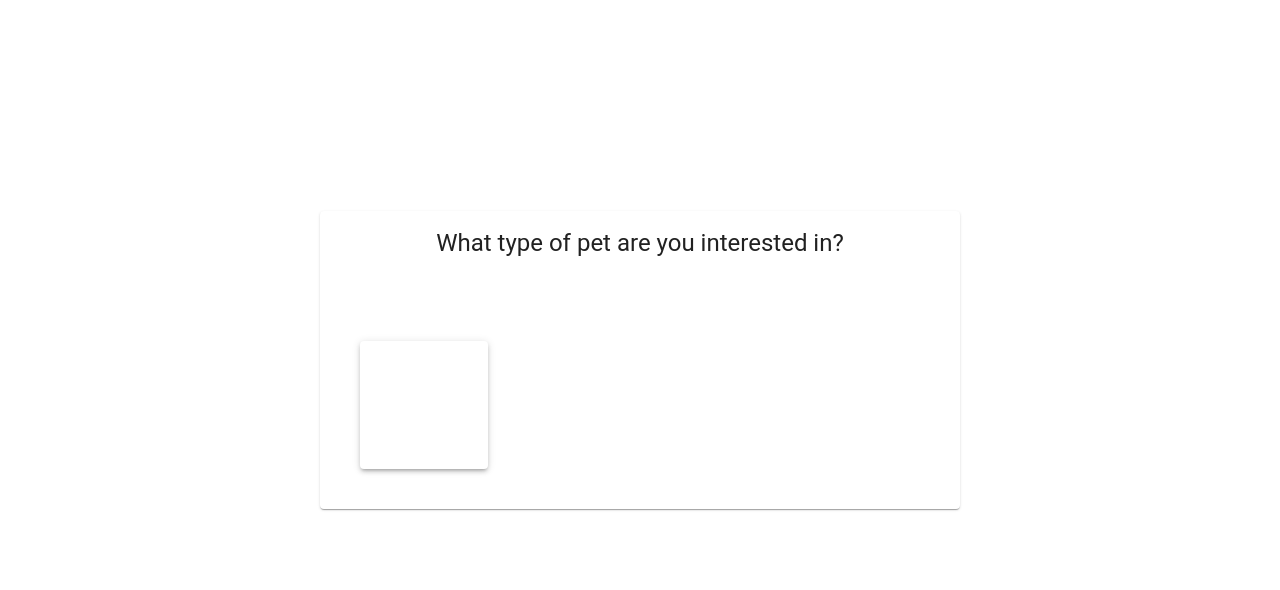
Repository: watthananick1/petstory
Page: /
The author's editor kept a copy of each file at every save. The page is drawn from the files as they stood at one save, then again after a run of saves.
The browser window is 1280 px wide. The pictures show the whole page.
The project was rebuilt for these pictures with package versions that can differ from the ones it lists, and the page was loaded fresh each time.

Above is the page before, as saved 2023-03-25 14:23:31.

### src/index.tsx
import React from 'react';
import ReactDOM from 'react-dom/client';
import './index.css';
import App from './App';
import reportWebVitals from './reportWebVitals';
import { BrowserRouter } from 'react-router-dom';

const root = ReactDOM.createRoot(document.getElementById('root') as HTMLElement);
root.render(
    <React.StrictMode>
        <BrowserRouter>
            <App />
        </BrowserRouter>
    </React.StrictMode>
);

// If you want to start measuring performance in your app, pass a function
// to log results (for example: reportWebVitals(console.log))
// or send to an analytics endpoint. Learn more: https://bit.ly/CRA-vitals
reportWebVitals();

### src/App.tsx
import logo from './assets/logo.svg';
import styles from './App.module.scss';
import { Menu } from './components/menu/menu';
import { Container } from './components/container/container';
import { Navbar } from './components/navbar/navbar';
import { Posts } from './components/posts/posts';
import Login from './components/login/login';
import SignUp from './components/sign-up/sign-up';
import CardTypePet from './components/card-type-pet/card-type-pet';
import { Route, Routes } from 'react-router';

function App() {
    return (
        // <div className={styles.App}>
        //     <Navbar />
        //     <Menu />
        //     <Container />
        //     <Posts />
        // </div>
        <div>
            <Routes>
                {/* <Route id="login" path="/" element={<Login />} />
                <Route id="signUp" path="/signUp" element={<SignUp />} /> */}
                {/* <Route path="/home" element={<Home />} /> */}
                <Route path="/" element={<CardTypePet />} />
            </Routes>
        </div>
    );
}

export default App;

### src/components/card-type-pet/card-type-pet.tsx
import * as React from 'react';
import { styled } from '@mui/material/styles';
import Box from '@mui/material/Box';
import ButtonBase from '@mui/material/ButtonBase';
import Typography from '@mui/material/Typography';
import { Card, CardContent, Paper } from '@mui/material';

const images = [
    {
        url: 'https://firebasestorage.googleapis.com/v0/b/pet-story-f51e3.appspot.com/o/mainData%2FimgTypePet%2Fcat.jpg?alt=media&token=758765ef-8887-4d21-88d9-0f803717e977',
        title: 'Cat',
        width: '30%',
    },
    {
        url: '/static/images/buttons/burgers.jpg',
        title: 'Burgers',
        width: '30%',
    },
    {
        url: '/static/images/buttons/camera.jpg',
        title: 'Camera',
        width: '30%',
    },
];

const ImageButton = styled(ButtonBase)(({ theme }) => ({
    position: 'relative',
    height: 200,
    [theme.breakpoints.down('sm')]: {
        width: '100% !important', // Overrides inline-style
        height: '5%',
    },
    '&:hover, &.Mui-focusVisible': {
        zIndex: 1,
        '& .MuiImageBackdrop-root': {
            opacity: 0.15,
        },
        '& .MuiImageMarked-root': {
            opacity: 0,
        },
        '& .MuiTypography-root': {
            border: '4px solid currentColor',
        },
    },
}));

const ImageSrc = styled('span')({
    position: 'absolute',
    left: 0,
    right: 0,
    top: 0,
    bottom: 0,
    backgroundSize: 'cover',
    backgroundPosition: 'center 40%',
});

const Image = styled('span')(({ theme }) => ({
    position: 'absolute',
    left: 0,
    right: 0,
    top: 0,
    bottom: 0,
    display: 'flex',
    alignItems: 'center',
    justifyContent: 'center',
    color: theme.palette.common.white,
}));

const ImageBackdrop = styled('span')(({ theme }) => ({
    position: 'absolute',
    left: 0,
    right: 0,
    top: 0,
    bottom: 0,
    backgroundColor: theme.palette.common.black,
    opacity: 0.4,
    transition: theme.transitions.create('opacity'),
}));

// const ImageMarked = styled('span')(({ theme }) => ({
//     height: 3,
//     width: 18,
//     backgroundColor: theme.palette.common.white,
//     position: 'absolute',
//     bottom: -2,
//     left: 'calc(50% - 9px)',
//     transition: theme.transitions.create('opacity'),
// }));

export default function CardTypePet() {
    return (
        <div style={{ display: 'flex', alignItems: 'center', height: '100vh'}}>
            <Card sx={{ minWidth: '50%', margin: '0 auto' }}>
                <CardContent>
                    <Typography gutterBottom variant="h5" style={{alignItems: 'center', textAlign: 'center', height: 50}} component="div">
                      What type of pet are you interested in?
                    </Typography >
                </CardContent>
                <Box
                  sx={{
                    display: 'flex',
                    flexWrap: 'wrap',
                    '& > :not(style)': {
                      m: 5,
                      width: 128,
                      height: 128,
                    },
                  }}
                >
                  <Paper elevation={3} />
                </Box>
                {/* <Box sx={{ display: 'flex',maxWidth: '100%', width: '100%' }}>
                    {images.map((image) => (
                        <ImageButton
                            focusRipple
                            key={image.title}
                            style={{
                                width: 'auto',
                            }}
                            onClick={() => console.log(`Clicked on ${image.title}`)}
                        >
                            <ImageSrc style={{ backgroundImage: `url(${image.url})` }} />
                            <ImageBackdrop className="MuiImageBackdrop-root" />
                            <Image>
                                <Typography
                                    component="span"
                                    variant="subtitle1"
                                    color="inherit"
                                    sx={{
                                        position: 'relative',
                                        p: 4,
                                        pt: 2,
                                        pb: (theme) => `calc(${theme.spacing(1)} + 2px)`,
                                    }}
                                >
                                    {image.title}
                                </Typography>
                            </Image>
                        </ImageButton>
                    ))}
                </Box> */}
            </Card>
        </div>
    );
}

Loaded but not shown: public/index.html (common file); src/index.css (common file); src/reportWebVitals.ts (common file)

After the next 2 saves:
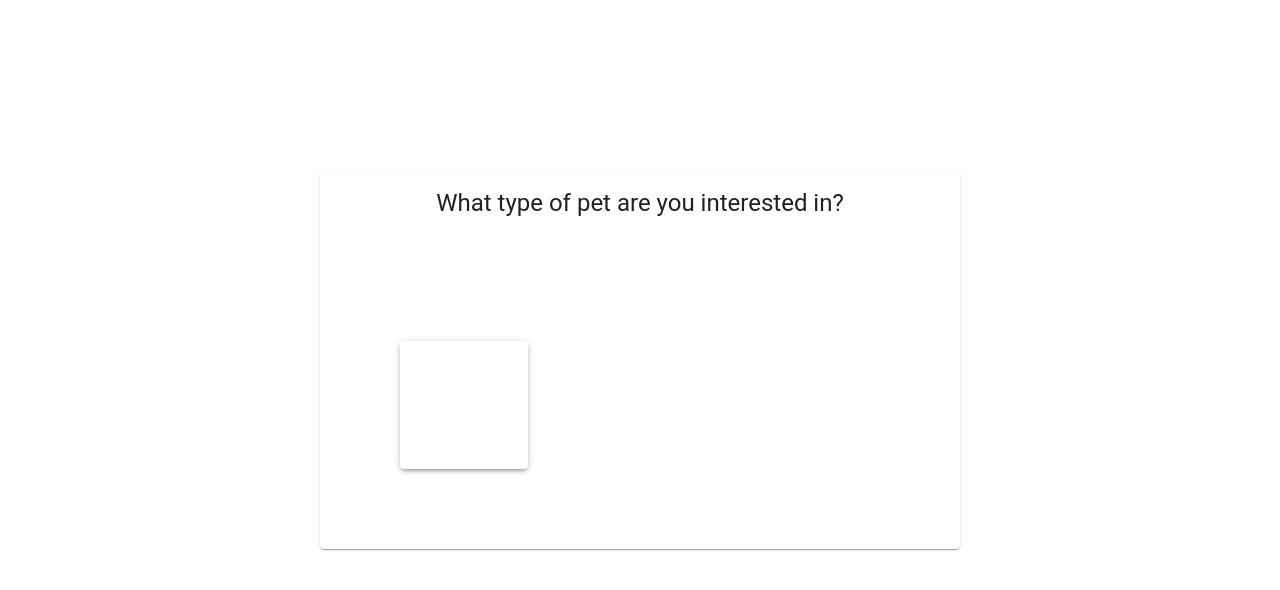
The 2 saves are shown as one change because they came seconds apart.
The last was saved 11 s later.
--- a/src/components/card-type-pet/card-type-pet.tsx
+++ b/src/components/card-type-pet/card-type-pet.tsx
@@ -101,7 +101,7 @@ export default function CardTypePet() {
                     display: 'flex',
                     flexWrap: 'wrap',
                     '& > :not(style)': {
-                      m: 5,
+                      m: 10,
                       width: 128,
                       height: 128,
                     },
